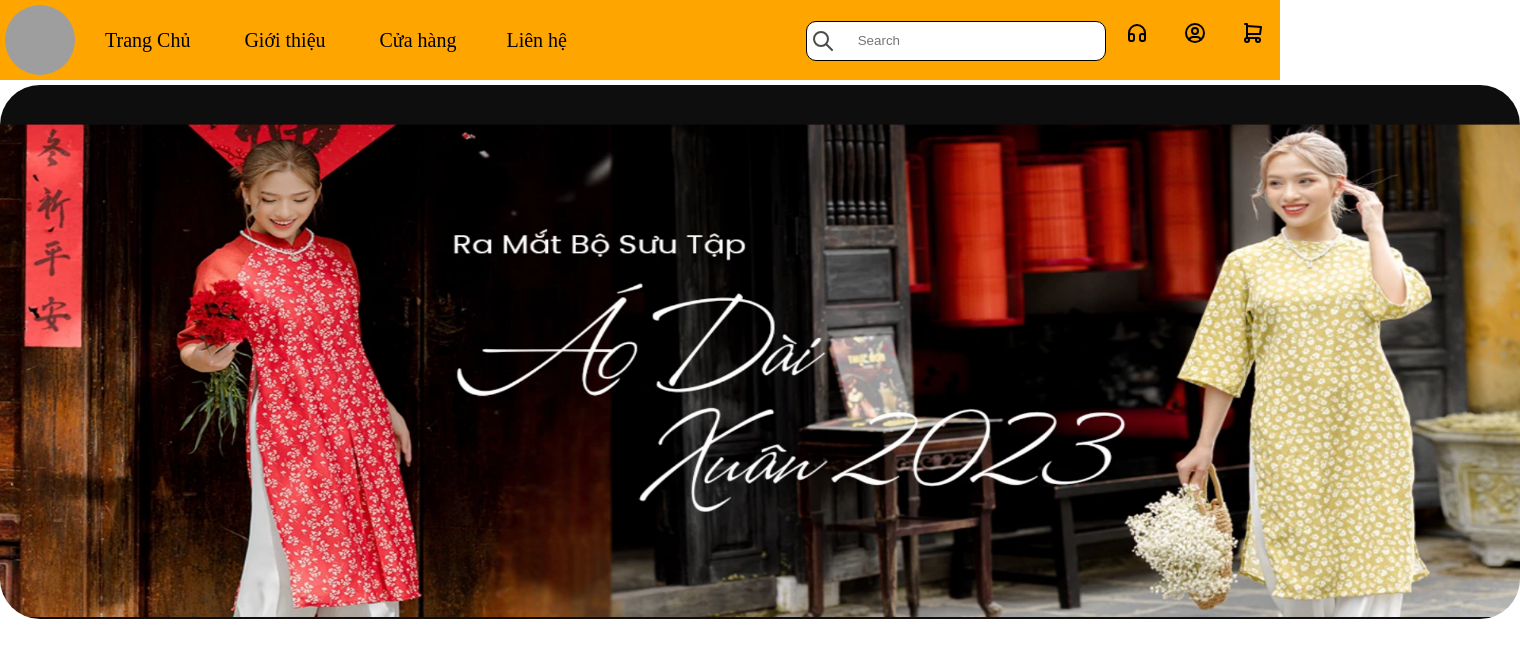
Repository: manhhieu120499/test-page
Page: index.html
An editor plug-in stored every save of this project. The page is shown before and after the next save, followed by the edit.
The browser window is 1280 px wide. The page is 1520 px wide, so the pictures cover 1520 px, including what lies to the right of the window. The pictures show the whole page.
Pictures or frames that could not be fetched are drawn as grey boxes.

Above is the page before, as saved 2023-01-11 23:42:48.

After the next save:
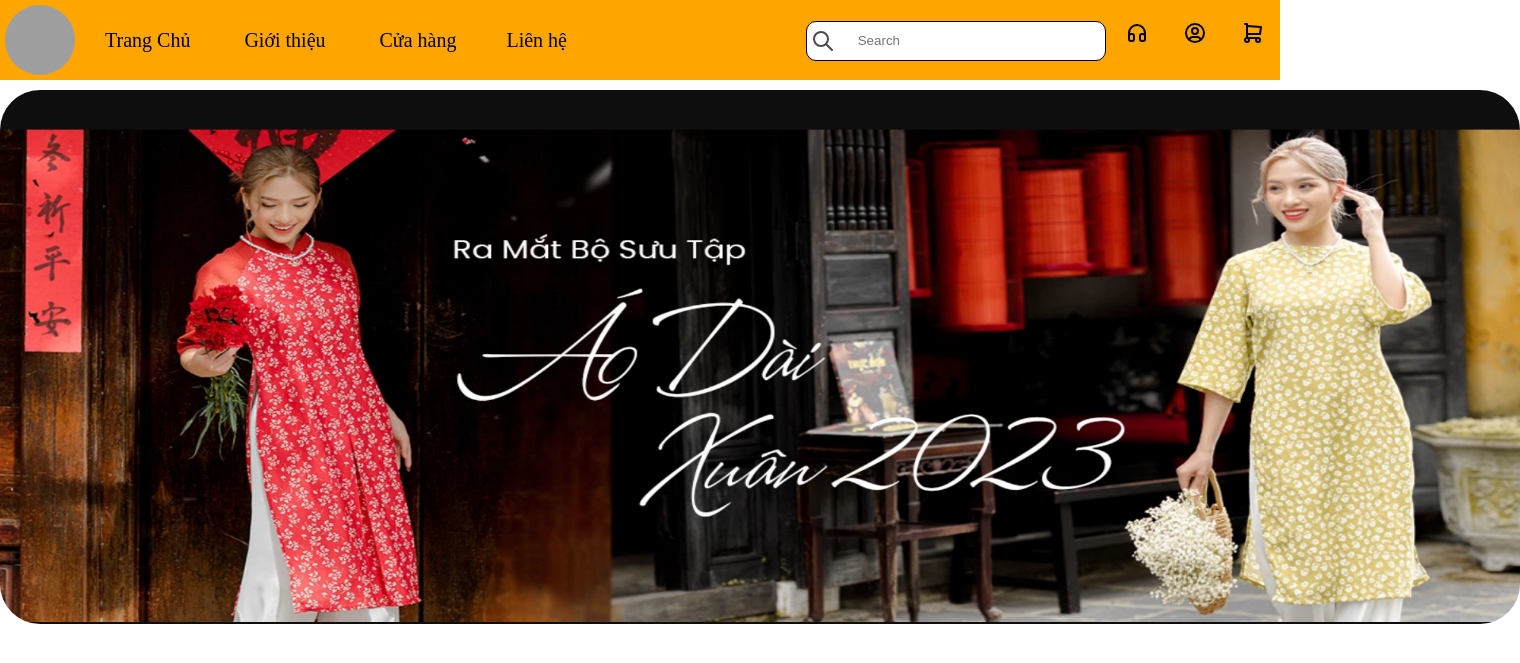
Saved 26 s later.
--- a/style.css
+++ b/style.css
@@ -67,6 +67,6 @@ body {
     display: block;
     height: 534px;
     width: 1520px;
-    margin: 5px auto;
+    margin: 10px auto;
     border-radius: 40px;
 }
